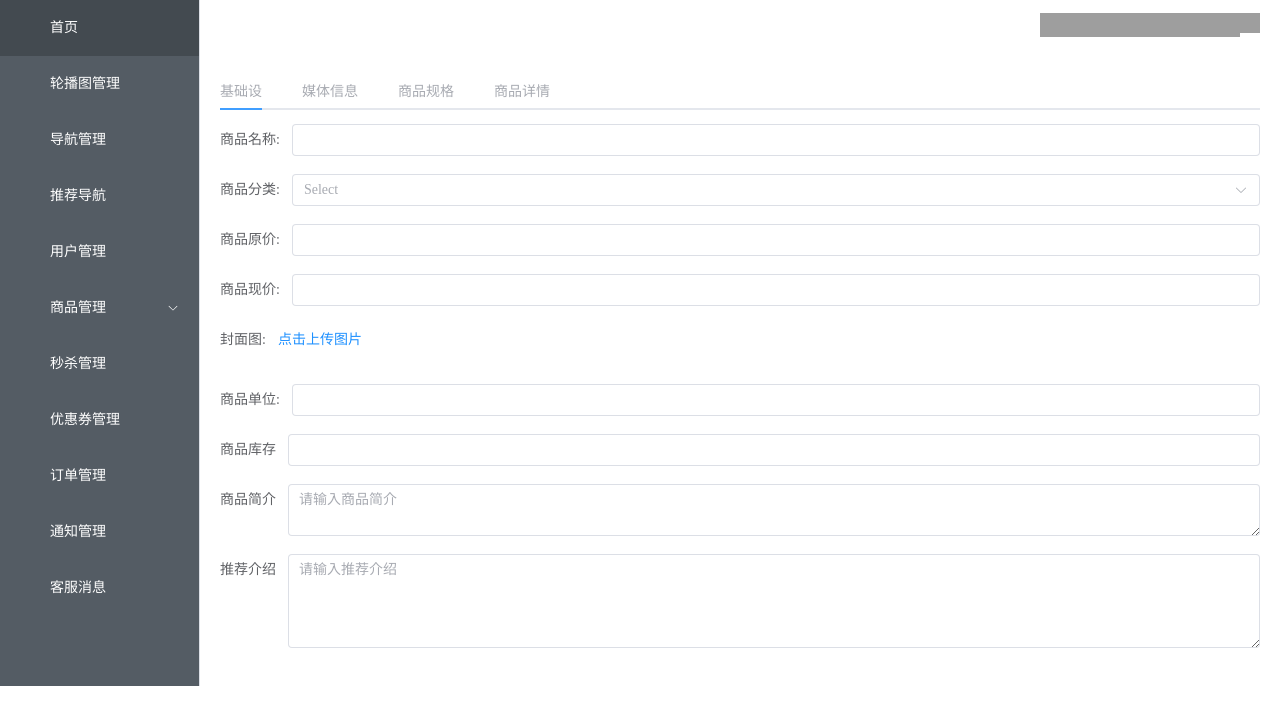
Repository: xinwuhao/CCG
Page: /addgoods
The author's editor kept a copy of each file at every save. The page is drawn from the files as they stood at one save, then again after the next save.
The browser window is 1280 px wide. The pictures show the whole page.
Pictures or frames that could not be fetched are drawn as grey boxes. The page's requests for data from a server got no answer. The project was rebuilt for these pictures with package versions that can differ from the ones it lists, and the page was loaded fresh each time. No one was signed in, and anything a server would have sent is missing. Also part of the build but not shown: vite.config.ts.

Above is the page before, as saved 2021-09-24 13:50:00.

After the next save:
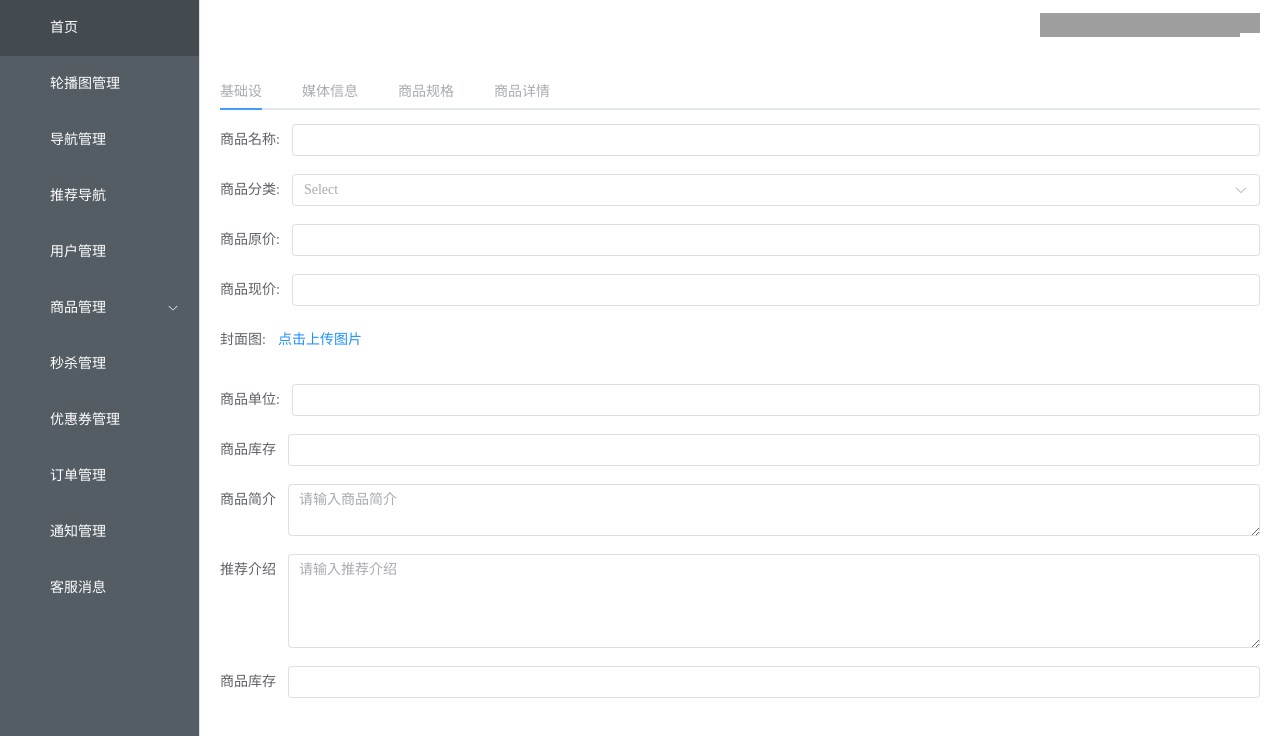
Saved 38 s later.
--- a/src/views/goods/addgoods.vue
+++ b/src/views/goods/addgoods.vue
@@ -135,6 +135,10 @@
                 placeholder="请输入推荐介绍"
               />
             </el-form-item>
+
+            <el-form-item label="商品库存" prop="path">
+              <el-input v-model="swiper.path" class="inpud"></el-input>
+            </el-form-item>
           </el-form>
         </el-tab-pane>
 
